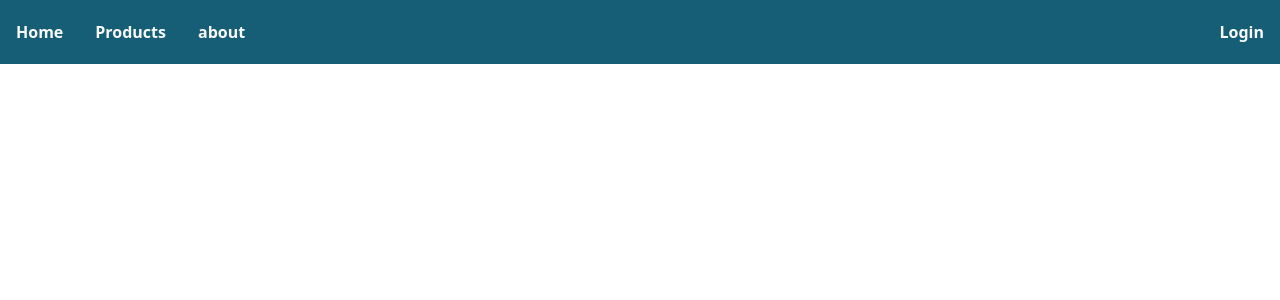
Repository: Sanaa00/svelte-test
Page: /
The author's editor kept a copy of each file at every save. The page is drawn from the files as they stood at one save, then again after the next save.
The browser window is 1280 px wide. The pictures show the whole page.
The project was rebuilt for these pictures with package versions that can differ from the ones it lists, and the page was loaded fresh each time. The framework's server and built-in components were replaced by stand-ins that run in the browser. Also part of the build but not shown: svelte.config.js, vite.config.js.

Above is the page before, as saved 2024-12-08 19:36:48.

After the next save:
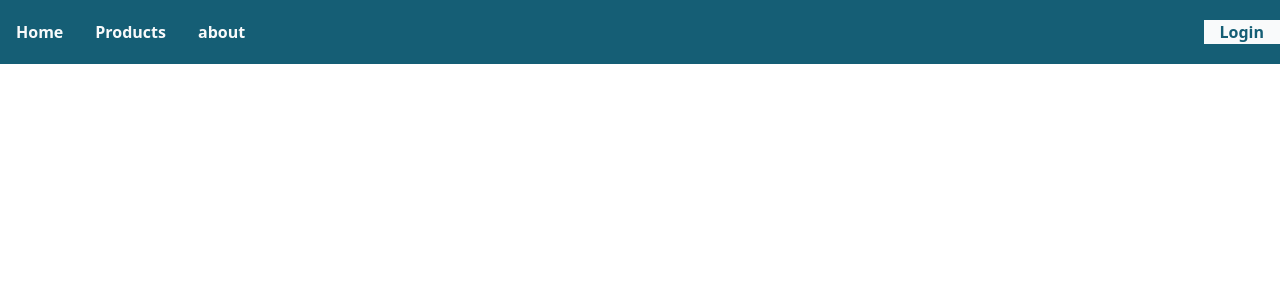
Saved 17 s later.
--- a/src/component/Navbar.svelte
+++ b/src/component/Navbar.svelte
@@ -9,7 +9,7 @@
 			<li class="px-4 font-semibold text-gray-50">about</li>
 		</ul>
 		<button
-			class="px-4 font-semibold text-gray-50
+			class="bg-gray-50 px-4 font-semibold text-cyan-800
           ">Login</button
 		>
 	</nav>
